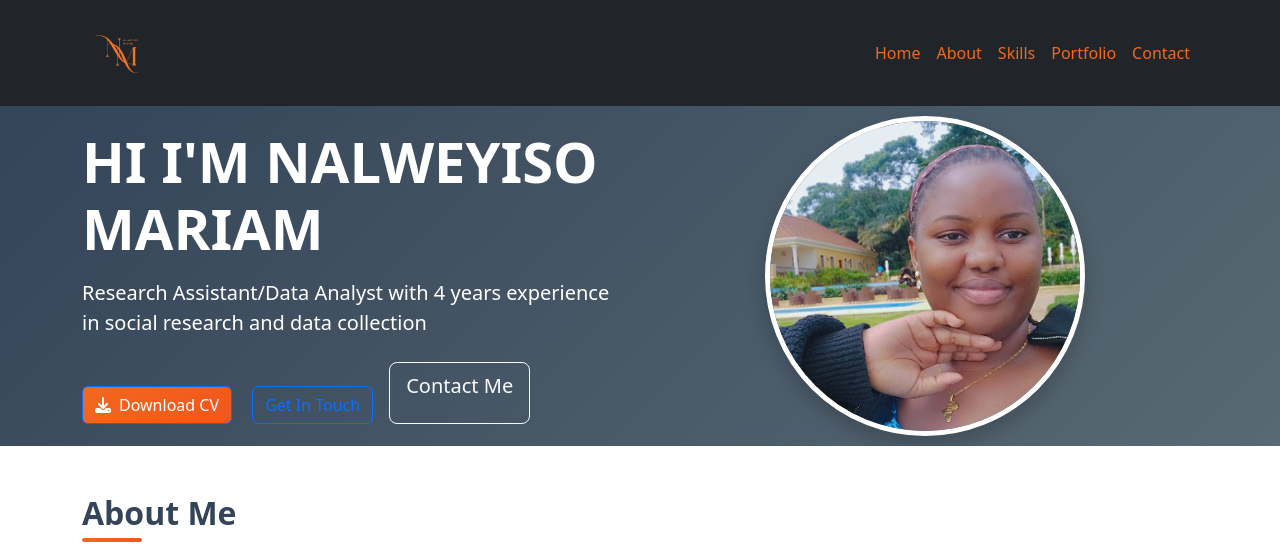
Repository: NalweMari/My-Personal-Portfolio
Page: index.html
The author's editor kept a copy of each file at every save. The page is drawn from the files as they stood at one save, then again after a run of saves.
The browser window is 1280 px wide. The pictures show the part of the page from y = 0 to 560 px (the page is 3723 px tall before and 4044 px after).
A picture or video elsewhere on the page could not be fetched, so the positions and the page height are approximate.

Above is the page before, as saved 2025-12-05 17:50:20.
Console error (its wording comes from the project's code and is left out).

### index.html
<!DOCTYPE html>
<html lang="en">

<head>
    <meta charset="UTF-8">
    <meta name="viewport" content="width=device-width, initial-scale=1.0">
    <title>Nalweyiso Mariam - Research assistant/Data Analyst </title>
    <link rel="stylesheet" href="style.css">
    <link href="https://cdn.jsdelivr.net/npm/bootstrap@5.3.0/dist/css/bootstrap.min.css" rel="stylesheet">
    <link rel="stylesheet" href="https://cdnjs.cloudflare.com/ajax/libs/font-awesome/6.4.0/css/all.min.css">
</head>

<body>
    <!-- Navigation -->
    <nav class="navbar navbar-expand-lg navbar-dark bg-dark fixed top">
        <div class="container sm">
            <a class="navbar-brand Logo" href="#"><img src="images/Initials_Logo-preview (1).png" alt="Your Logo"
                    height="80"></a> <button class="navbar-toggler" type="button" data- 6 toggle="collapse"
                data-target="#navbarNav" aria-controls="navbarNav" aria-expanded="false" aria-label="Toggle navigation">
                <span class="navbar-toggler-icon"></span> </button>
            <div class="collapse navbar-collapse" id="navbarNav">
                <ul class="navbar-nav ms-auto">
                    <li class="nav-item"><a class="nav-link" href="#home">Home</a></li>
                    <li class="nav-item"><a class="nav-link" href="#about">About</a></li>
                    <li class="nav-item"><a class="nav-link" href="#skills">Skills</a></li>
                    <li class="nav-item"><a class="nav-link" href="#portfolio">Portfolio</a></li>
                    <li class="nav-item"><a class="nav-link" href="#contact">Contact</a></li>
                </ul>
            </div>
        </div>
    </nav>

    <!-- Hero Section -->
    <section id="home" class="hero-section">
        <div class="container">
            <div class="row align-items-center">
                <div class="col-lg-6">
                    <h1 class="display-4 fw-bold mb-3">HI I'M NALWEYISO MARIAM</h1>
                    <p class="lead mb-4">Research Assistant/Data Analyst with 4 years experience in social research and
                        data
                        collection</p>
                    <div class="d-flex flex-wrap gap-3">
                        <div class="mt-4">
                        <a href="#" class="btn btn-primary me-3"><i class="fas fa-download me-2"></i>Download CV</a>
                        <a href="#contact" class="btn btn-outline-primary">Get In Touch</a>
                    </div>
                        <a href="#contact" class="btn btn-outline-light btn-lg">Contact Me</a>
                    </div>
                </div>
                <div class="col-lg-6 text-center mt-5 mt-lg-0">
                    <img src="images/Profile design.png" class="profile-image rounded-circle" alt="Nalweyiso Mariam">
                </div>
            </div>
        </div>
    </section>

    <!-- About Section -->
    <section id="about" class="py-5 bg-custom">
        <div class="container">
            <h2 class="section-title">About Me</h2>
            <div class="row align-items-center">
                <div class="col-lg-4 text-center mb-4 mb-lg-0">
                    <img src="images/woman coding.jpg" class="img-fluid rounded shadow" alt="Nalweyiso Mariam"
                        style="max-width: 300px;">
                </div>
                <div class="col-lg-8">
                    <p class="lead"><strong>Motivated and detail-oriented professional with hands-on
                        experience in research and data collection.</strong></p>
                    <p>Currently developing strong analytical capacity with practical learning in Excel,
                            SQL, Python, and data visualization. Skilled in documentation, scheduling,
                        planning, teamwork, and report drafting, with additional beginner-level exposure to web
                        development.</p>
                    <div class="row mt-4">
                        <div class="col-md-6">
                            <ul class="list-unstyled">
                                <li class="mb-2"><i class="fas fa-check text-primary me-2"></i> Social Research</li>
                                <li class="mb-2"><i class="fas fa-check text-primary me-2"></i> Data Analysis</li>
                                <li class="mb-2"><i class="fas fa-check text-primary me-2"></i> Qualitative Methods
                                </li>
                            </ul>
                        </div>
                        <div class="col-md-6">
                            <ul class="list-unstyled">
                                <li class="mb-2"><i class="fas fa-check text-primary me-2"></i> web development</li>
                                <li class="nav-item"><i class="fas fa-check text-primary me-2"></i> Data
                                    Visualization
                                </li>
                                <li class="mb-2"><i class="fas fa-check text-primary me-2"></i> Project
                                    Documentation
                                </li>
                            </ul>
                        </div>
                    </div>
                    <div class="mt-4">
                        <a href="Resume/NALWEYISO-MARIAM-Resume-2025.pdf" class="btn btn-primary me-3"><i class="fas fa-download me-2"></i>Download CV</a>
                    </div>
                </div>
            </div>
        </div>
    </section>
    <!-- Skills Section -->
    <section id="skills" class="py-5">
        <div class="container">
            <h2 class="section-title text-center">My Skills</h2>
            <div class="row">
                <div class="col-md-6">
                    <h5 class="mt-4">Data Analysis & Research</h5>
                    <div class="skill-bar">
                        <div class="skill-progress" style="width: 90%"></div>
                    </div>

                    <h5 class="mt-4">Qualitative Research</h5>
                    <div class="skill-bar">
                        <div class="skill-progress" style="width: 85%"></div>
                    </div>

                    <h5 class="mt-4">Basic Analysis</h5>
                    <div class="skill-bar">
                        <div class="skill-progress" style="width: 70%"></div>
                    </div>

                    <h5 class="mt-4">Data Collection</h5>
                    <div class="skill-bar">
                        <div class="skill-progress" style="width: 88%"></div>
                    </div>
                </div>
                <div class="col-md-6">
                    <h5 class="mt-4">Data Visualization</h5>
                    <div class="skill-bar">
                        <div class="skill-progress" style="width: 65%"></div>
                    </div>

                    <h5 class="mt-4">Documentation</h5>
                    <div class="skill-bar">
                        <div class="skill-progress" style="width: 92%"></div>
                    </div>

                    <h5 class="mt-4">Project Planning</h5>
                    <div class="skill-bar">
                        <div class="skill-progress" style="width: 83%"></div>
                    </div>

                    <h5 class="mt-4">Team Collaboration</h5>
                    <div class="skill-bar">
                        <div class="skill-progress" style="width: 87%"></div>
                    </div>
                </div>
            </div>
        </div>
    </section>

    <!-- Portfolio Section -->
    <section id="portfolio" class="py-5">
        <div class="container">
            <h2 class="section-title text-center">Projects & Practice Work</h2>
            <p class="text-center mb-5">Hands-on projects showcasing my data analysis, research, web development and
                adminstrative skills</p>

            <div class="row">
                <!-- Project 1: GBV Dataset Analysis -->
                <div class="col-lg-4 col-md-6 mb-4">
                    <div class="card project-card">
                        <div class="card-header-accent text-center py-4">
                            <i class="fas fa-database fa-3x"></i>
                        </div>
                        <div class="card-body d-flex flex-column">
                            <h5 class="card-title">GBV Dataset Analysis (Ongoing)</h5>
                            <p class="card-text flex-grow-1">
                                Analyzed Gender-Based Violence dataset using Excel and SQL to identify patterns and
                                create
                                summary reports.
                            </p>
                            <div class="mb-3">
                                <span class="badge badge-primary me-1">Excel</span>
                                <span class="badge badge-secondary me-1">SQL</span>
                                <span class="badge badge-accent">Data Analysis</span>
                            </div>
                            <div class="mt-auto">
                                <p><strong>Output:</strong> Filtered data, basic charts, summary reports</p>
                                <button class="btn btn-primary w-100"
                                    onclick="alert('Project details available upon request')">
                                    <i class="fas fa-info-circle me-1"></i>View Details
                                </button>
                            </div>
                        </div>
                    </div>
                </div>

                <!-- Project 2: Python Data Cleaning -->
                <div class="col-lg-4 col-md-6 mb-4">
                    <div class="card project-card">
                        <div class="card-header-primary text-center py-4">
                            <i class="fab fa-python fa-3x"></i>
                        </div>
                        <div class="card-body d-flex flex-column">
                            <h5 class="card-title">Python Data Cleaning Practice</h5>
                            <p class="card-text flex-grow-1">
                                Created Python scripts for sorting and filtering datasets, practicing data cleaning
                                techniques.
                            </p>
                            <div class="mb-3">
                                <span class="badge badge-primary me-1">Python</span>
                                <span class="badge badge-accent">Data Cleaning</span>
                            </div>
                            <div class="mt-auto">
                                <p><strong>Output:</strong> Simple script for sorting & filtering</p>
                                <button class="btn btn-primary w-100"
                                    onclick="alert('Python code samples available upon request')">
                                    <i class="fas fa-code me-1"></i>View Code
                                </button>
                            </div>
                        </div>
                    </div>
                </div>

                <!-- Project 3: villam hub -->
                <div class="col-lg-4 col-md-6 mb-4">
                    <div class="card project-card">
                        <div class="card-header-accent text-center py-4">
                            <i class="fas fa-chart-line fa-3x"></i>
                        </div>
                        <div class="card-body d-flex flex-column">
                            <h5 class="card-title">Capstone project VILLAM HUB (In Progress)</h5>
                            <p class="card-text flex-grow-1">
                                Team lead
                                Coordinated workflow and task delegation for a 60-member team. Conducting data collection
                                and analysis, app development and design, project ideation and presentation.
                            </p>
                            <div class="mb-3">
                                <span class="badge badge-primary me-1">leadership</span>
                                <span class="badge badge-secondary me-1">Data Analytics</span>
                                <span class="badge badge-accent">Reaserch</span>
                                <span class="badge badge-accent">project plannning</span>
                            </div>
                            <div class="mt-auto">
                                <p><strong>Output:</strong> Visual summary of the project</p>
                                <button class="btn btn-primary w-100" onclick="alert('Website preview coming soon')">
                                    <i class="fas fa-eye me-1"></i>View Website
                                </button>
                            </div>
                        </div>
                    </div>
                </div>
            </div>

            <!-- Second Row of Projects -->
            <div class="row mt-4">
                <!-- Project 4: Personal Webpage -->
                <div class="col-lg-4 col-md-6 mb-4">
                    <div class="card project-card">
                        <div class="card-header-primary text-center py-4">
                            <i class="fas fa-laptop-code fa-3x"></i>
                        </div>
                        <div class="card-body d-flex flex-column">
                            <h5 class="card-title">Basic Personal Business Webpage</h5>
                            <p class="card-text flex-grow-1">
                                Created a static webpage layout using HTML and CSS to practice web development
                                fundamentals.
                            </p>
                            <div class="mb-3">
                                <span class="badge badge-primary me-1">HTML</span>
                                <span class="badge badge-secondary me-1">CSS</span>
                                <span class="badge badge-accent">Web Development</span>
                            </div>
                            <div class="mt-auto">
                                <p><strong>Output:</strong> Static page layout and styling</p>
                                <a href="https://nalwemari.github.io/RoomieSync-H/" class="btn btn-primary w-100">
                                    <i class="fas fa-external-link-alt me-1"></i>View This Website
                                </a>
                            </div>
                        </div>
                    </div>
                </div>

                <!-- Project 5: Research Documentation -->
                <div class="col-lg-4 col-md-6 mb-4">
                    <div class="card project-card">
                        <div class="card-header-accent text-center py-4">
                            <i class="fas fa-file-alt fa-3x"></i>
                        </div>
                        <div class="card-body d-flex flex-column">
                            <h5 class="card-title">Research Documentation</h5>
                            <p class="card-text flex-grow-1">
                                Comprehensive documentation supporting community development projects initiation and
                                execution.
                            </p>
                            <div class="mb-3">
                                <span class="badge badge-primary me-1">Research</span>
                                <span class="badge badge-secondary me-1">Documentation</span>
                                <span class="badge badge-accent">Report Writing</span>
                                <span class="badge badge-accent">Research concepts</span>
                            </div>
                            <div class="mt-auto">
                                <p><strong>Output:</strong> Structured research reports</p>
                                <button class="btn btn-primary w-100"
                                    onclick="alert('Research documentation samples available upon request')">
                                    <i class="fas fa-file-pdf me-1"></i>View Samples
                                </button>
                            </div>
                        </div>
                    </div>
                </div>

                <!-- Project 6: Field Data Collection -->
                <div class="col-lg-4 col-md-6 mb-4">
                    <div class="card project-card">
                        <div class="card-header-primary text-center py-4">
                            <i class="fas fa-clipboard-check fa-3x"></i>
                        </div>
                        <div class="card-body d-flex flex-column">
                            <h5 class="card-title">Field Data Collection System</h5>
                            <p class="card-text flex-grow-1">
                                Assisted in developing and implementing field data collection protocols for
                                community-based research.
                            </p>
                            <div class="mb-3">
                                <span class="badge badge-primary me-1">Field Research</span>
                                <span class="badge badge-secondary me-1">Data Collection</span>
                                <span class="badge badge-accent">Community Work</span>
                            </div>
                            <div class="mt-auto">
                                <p><strong>Output:</strong> Organized field data and observations</p>
                                <button class="btn btn-primary w-100"
                                    onclick="alert('Data collection methodology available upon request')">
                                    <i class="fas fa-clipboard-list me-1"></i>View Methodology
                                </button>
                            </div>
                        </div>
                    </div>
                </div>
            </div>
        </div>
    </section>

    <!-- Contact Section -->
    <section id="contact" class="py-5 bg-dark">
        <div class="container">
            <h2 class="section-title text-center">Get In Touch</h2>
            <p class="text-center mb-5">Open to opportunities in research, data analytics, administration, NGOs, and
                development work</p>

            <div class="row">
                <div class="col-lg-8 mx-auto">
                    <div class="row mb-5">
                        <div class="col-md-4 text-center mb-4">
                            <div class="contact-icon">
                                <i class="fas fa-envelope text-white"></i>
                            </div>
                            <h5 style="color: var(--primary-color);">Email</h5>
                            <p>mariammukiibisa@gmail.com</p>
                        </div>
                        <div class="col-md-4 text-center mb-4">
                            <div class="contact-icon">
                                <i class="fas fa-phone text-white"></i>
                            </div>
                            <h5 style="color: var(--primary-color);">Phone</h5>
                            <p>+256 753 745135<br>+256 789 955469</p>
                        </div>
                        <div class="col-md-4 text-center mb-4">
                            <div class="contact-icon">
                                <i class="fas fa-map-marker-alt text-white"></i>
                            </div>
                            <h5 style="color: var(--primary-color);">Location</h5>
                            <p>Kampala, Uganda<br><small>Open to relocation + remote work</small></p>
                        </div>
                        <div class="col-md-4 text-center mb-4">
                            <p><i class="fas fa-language me-2" style="color: var(--accent-1);"></i>
                                <strong>Languages:</strong> English, Luganda</p>
                        </div>
                    </div>

                    <form>
                        <div class="row">
                            <div class="col-md-6 mb-3">
                                <label for="name" class="form-label" style="color: var(--primary-color);">Your
                                    Name</label>
                                <input type="text" class="form-control" id="name" required>
                            </div>
                            <div class="col-md-6 mb-3">
                                <label for="email" class="form-label" style="color: var(--primary-color);">Your
                                    Email</label>
                                <input type="email" class="form-control" id="email" required>
                            </div>
                        </div>
                        <div class="mb-3">
                            <label for="subject" class="form-label" style="color: var(--primary-color);">Subject</label>
                            <input type="text" class="form-control" id="subject" required>
                        </div>
                        <div class="mb-3">
                            <label for="message" class="form-label" style="color: var(--primary-color);">Message</label>
                            <textarea class="form-control" id="message" rows="5" required></textarea>
                        </div>
                        <div class="text-center">
                            <button type="submit" class="btn btn-primary btn-lg">Send Message</button>
                        </div>
                    </form>

                </div>
            </div>
        </div>
    </section>

    <!-- Footer -->
    <footer class="bg-dark text-white py-4">
        <div class="container">
            <div class="row align-items-center">
                <div class="col-md-6 text-center text-md-start">
                    <p class="mb-0">&copy; 2025 Nalweyiso Mariam. All rights reserved.</p>
                </div>
                <div class="col-md-6 text-center text-md-end">
                    <div class="mt-3 mt-md-0">
                        <a href="http://www.linkedin.com/in/nalweyiso-mariam-2a8868233" class="social-icon me-2"><i class="fab fa-linkedin-in"></i></a>
                        <a href="https://github.com/NalweMari " class="social-icon me-2"><i class="fab fa-github"></i></a>
                        <a href="#" class="social-icon me-2"><i class="fab fa-twitter"></i></a>
                        <a href="#" class="social-icon"><i class="fab fa-instagram"></i></a>
                    </div>
                </div>
            </div>
        </div>
    </footer>
    <script src="https://stackpath.bootstrapcdn.com/bootstrap/4.5.2/js/bootstrap.min.js"></script>
</body>

</html>

Loaded but not shown: Style.css (215 lines, source omitted)

After the next 2 saves:
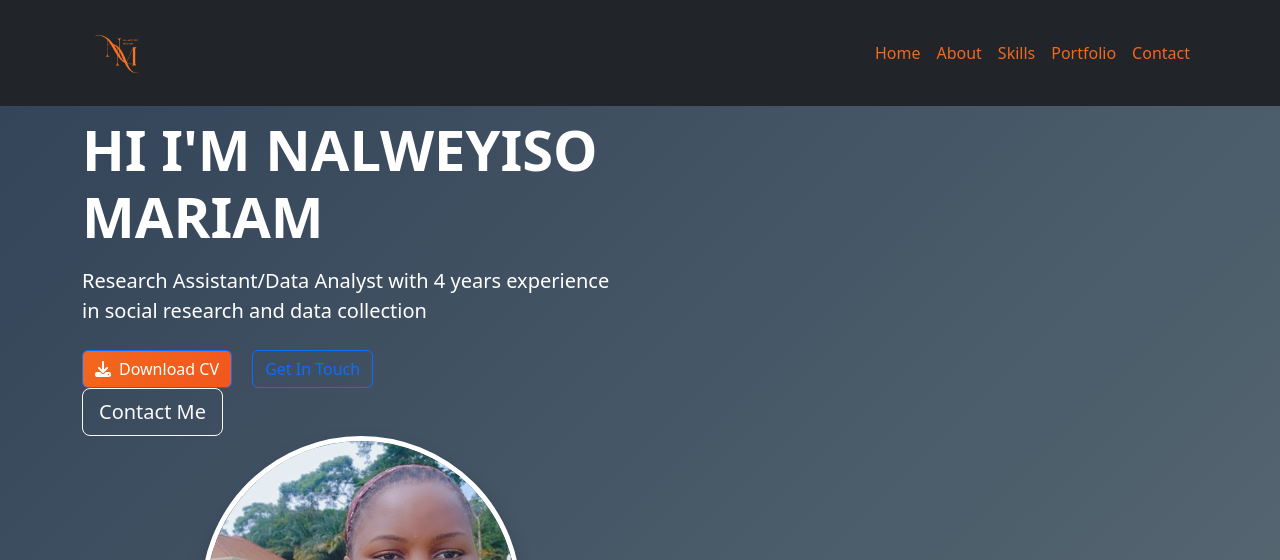
The 2 saves are shown as one change because they came seconds apart.
The last was saved 2 min 10 s later.
--- a/index.html
+++ b/index.html
@@ -39,8 +39,7 @@
                     <p class="lead mb-4">Research Assistant/Data Analyst with 4 years experience in social research and
                         data
                         collection</p>
-                    <div class="d-flex flex-wrap gap-3">
-                        <div class="mt-4">
+                                           <div class="mt-4">
                         <a href="#" class="btn btn-primary me-3"><i class="fas fa-download me-2"></i>Download CV</a>
                         <a href="#contact" class="btn btn-outline-primary">Get In Touch</a>
                     </div>

After the save that followed:
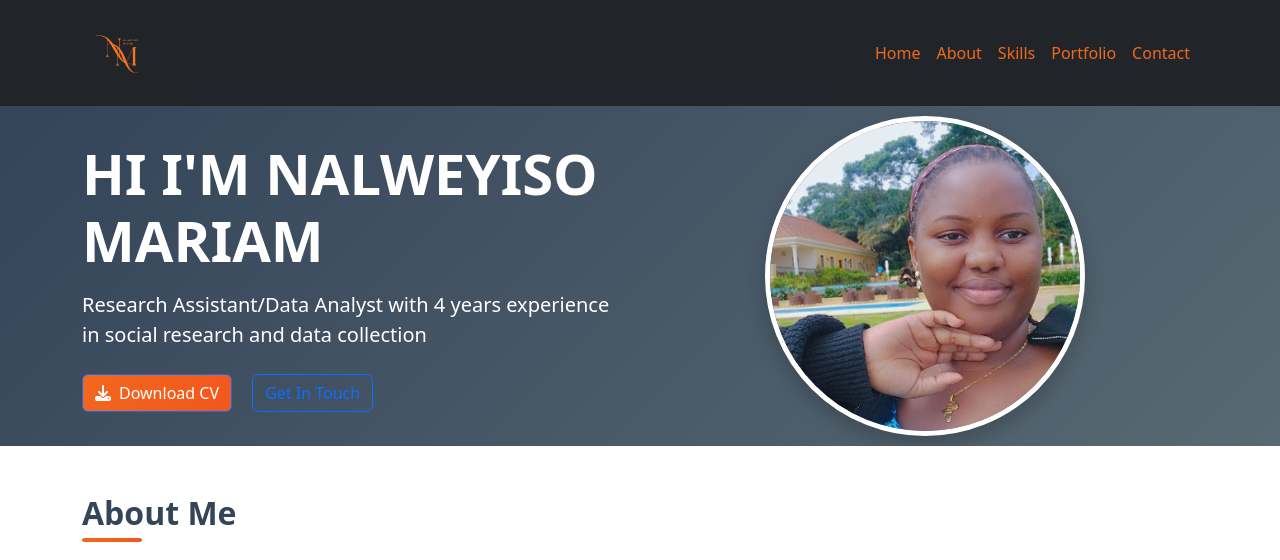
Saved 17 s later.
--- a/index.html
+++ b/index.html
@@ -42,8 +42,7 @@
                                            <div class="mt-4">
                         <a href="#" class="btn btn-primary me-3"><i class="fas fa-download me-2"></i>Download CV</a>
                         <a href="#contact" class="btn btn-outline-primary">Get In Touch</a>
-                    </div>
-                        <a href="#contact" class="btn btn-outline-light btn-lg">Contact Me</a>
+
                     </div>
                 </div>
                 <div class="col-lg-6 text-center mt-5 mt-lg-0">
